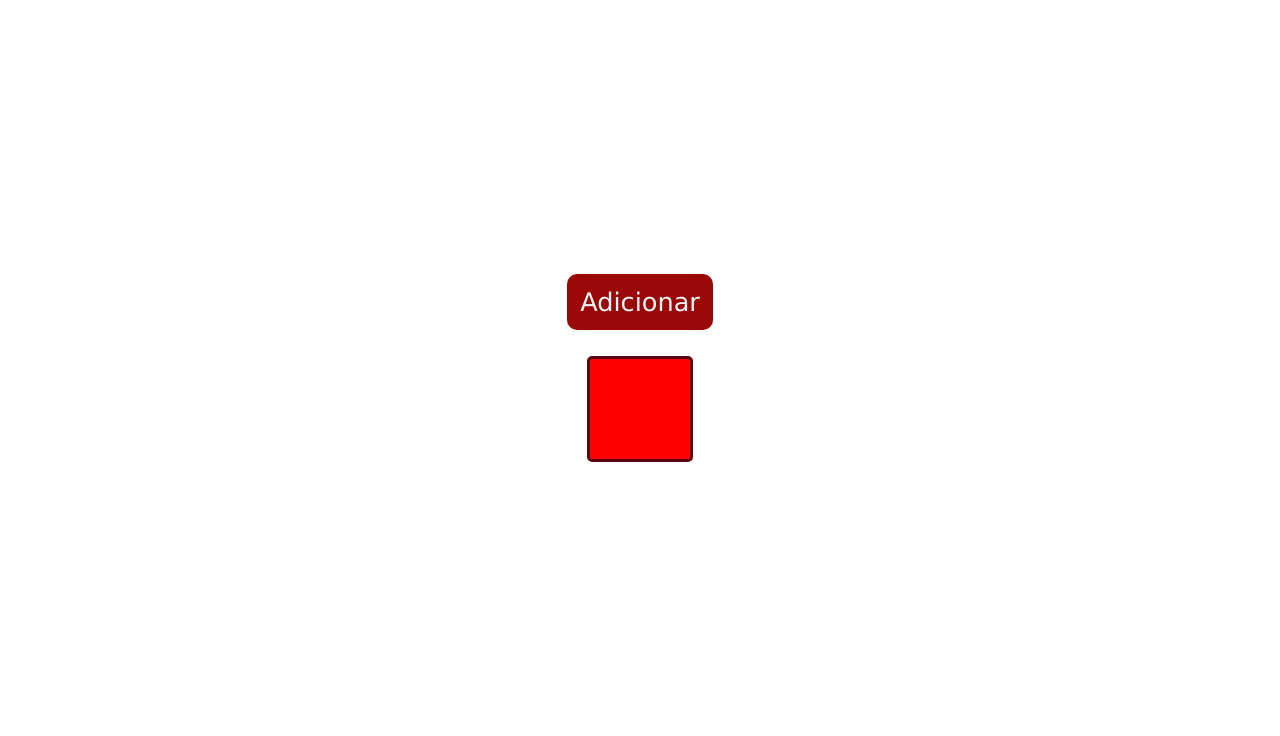
Repository: Orifiel/teste
Page: desafioMod2/desafioJavascript0201.html
An editor plug-in stored every save of this project. The page is shown before and after the next save, followed by the edit.
The browser window is 1280 px wide. The pictures show the whole page.

Above is the page before, as saved 2020-08-13 12:20:52.

### desafioMod2/desafioJavascript0201.html
<!--
1º exercício
Crie um botão que ao ser clicado cria um novo elemento em tela com a forma de um quadrado
vermelho com 100px de altura e largura. Sempre que o botão for clicado um novo quadrado deve
aparecer na tela.
-->
<!DOCTYPE html>
<html lang="en">
<head>
    <meta charset="UTF-8">
    <meta name="viewport" content="width=device-width, initial-scale=1.0">
    <script src="desafioJavascript0201.js"></script>
    <title>Document</title>
</head>
<body>
    <style>

        .button-container{
            height: 100vh;
            display: flex;
            justify-content: center;
            align-items: center;
            flex-direction: column;
        }

        .button-container #getsquadred {
            font-size: 1.6rem;
            padding: 0.8rem;
            margin-bottom: 1.6rem;
            border: 0;
            outline: none;
            border-radius: 10px;
            background-color: rgb(155, 8, 8);
            color: whitesmoke;
            font-family: verdana;
        }
        .button-container #getsquadred:hover{
            background-color: rgb(226, 53, 53)
        }

        .container-squads {
            width: 100px;
            height: 100px;
            background-color: red;
            border: 3px solid #5a0511;
            border-radius: 5px;
        }

    </style>

     <div class="button-container">
        <button id="getsquadred" onclick="criarQuad()">Adicionar</button>
        <div class="container-squads-master">
            <div class="container-squads"></div>
        </div>
    </div>
</body>
</html>

### desafioMod2/desafioJavascript0201.js
const localCreating = document.querySelector('.container-squads-master')
console.log(localCreating)

After the next save:
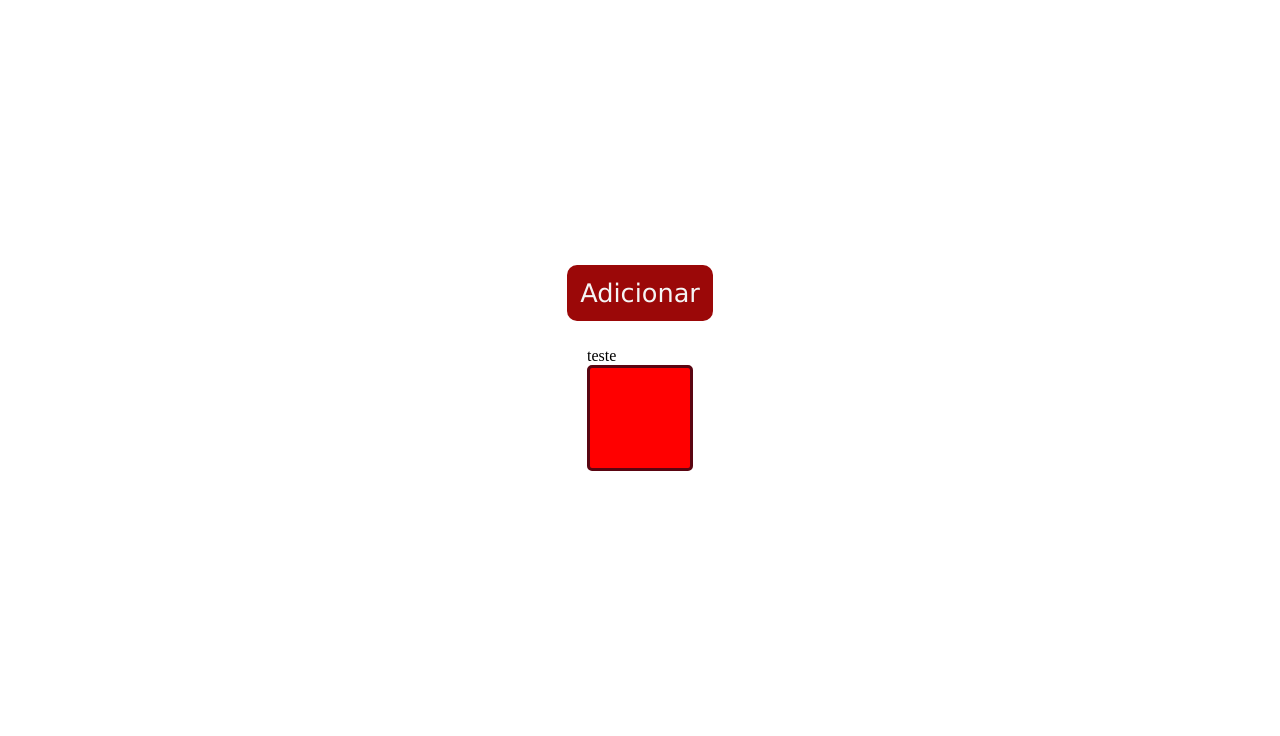
Saved 12 s later.
--- a/desafioMod2/desafioJavascript0201.html
+++ b/desafioMod2/desafioJavascript0201.html
@@ -51,6 +51,7 @@
      <div class="button-container">
         <button id="getsquadred" onclick="criarQuad()">Adicionar</button>
         <div class="container-squads-master">
+            teste
             <div class="container-squads"></div>
         </div>
     </div>

After the save that followed:
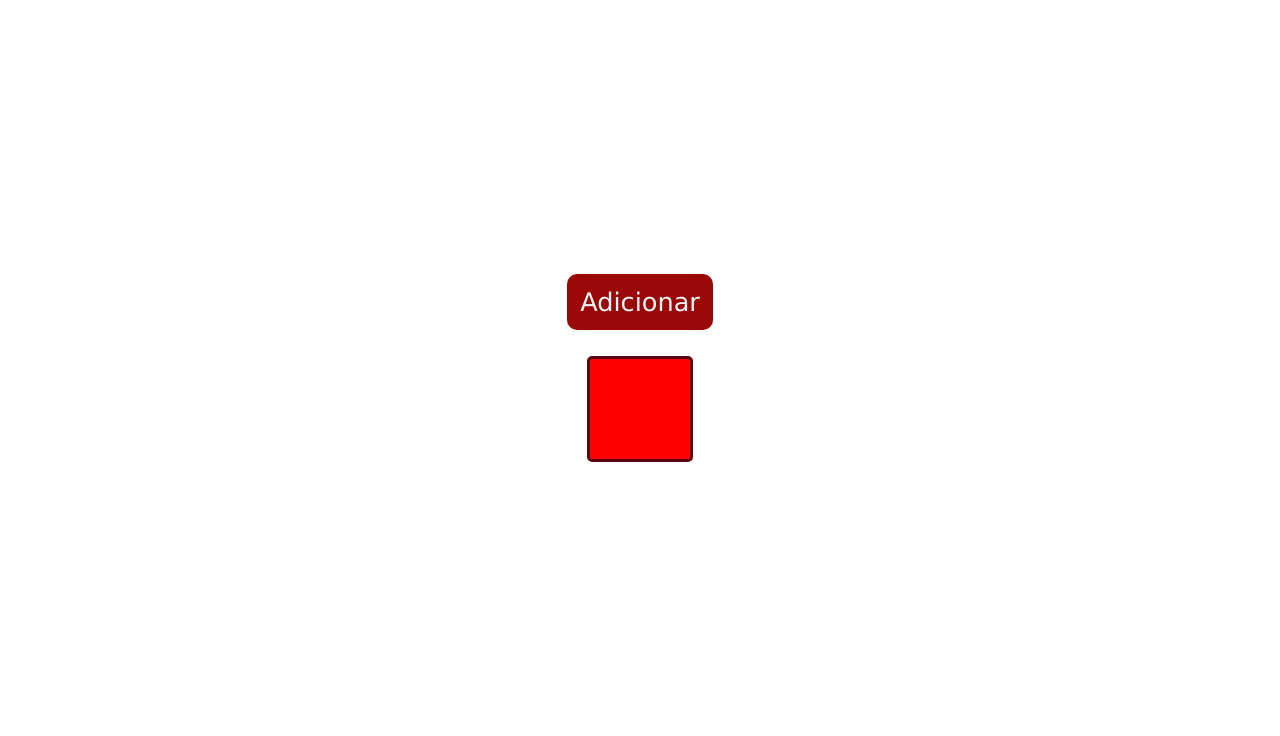
Saved 10 s later.
--- a/desafioMod2/desafioJavascript0201.html
+++ b/desafioMod2/desafioJavascript0201.html
@@ -51,7 +51,6 @@
      <div class="button-container">
         <button id="getsquadred" onclick="criarQuad()">Adicionar</button>
         <div class="container-squads-master">
-            teste
             <div class="container-squads"></div>
         </div>
     </div>
